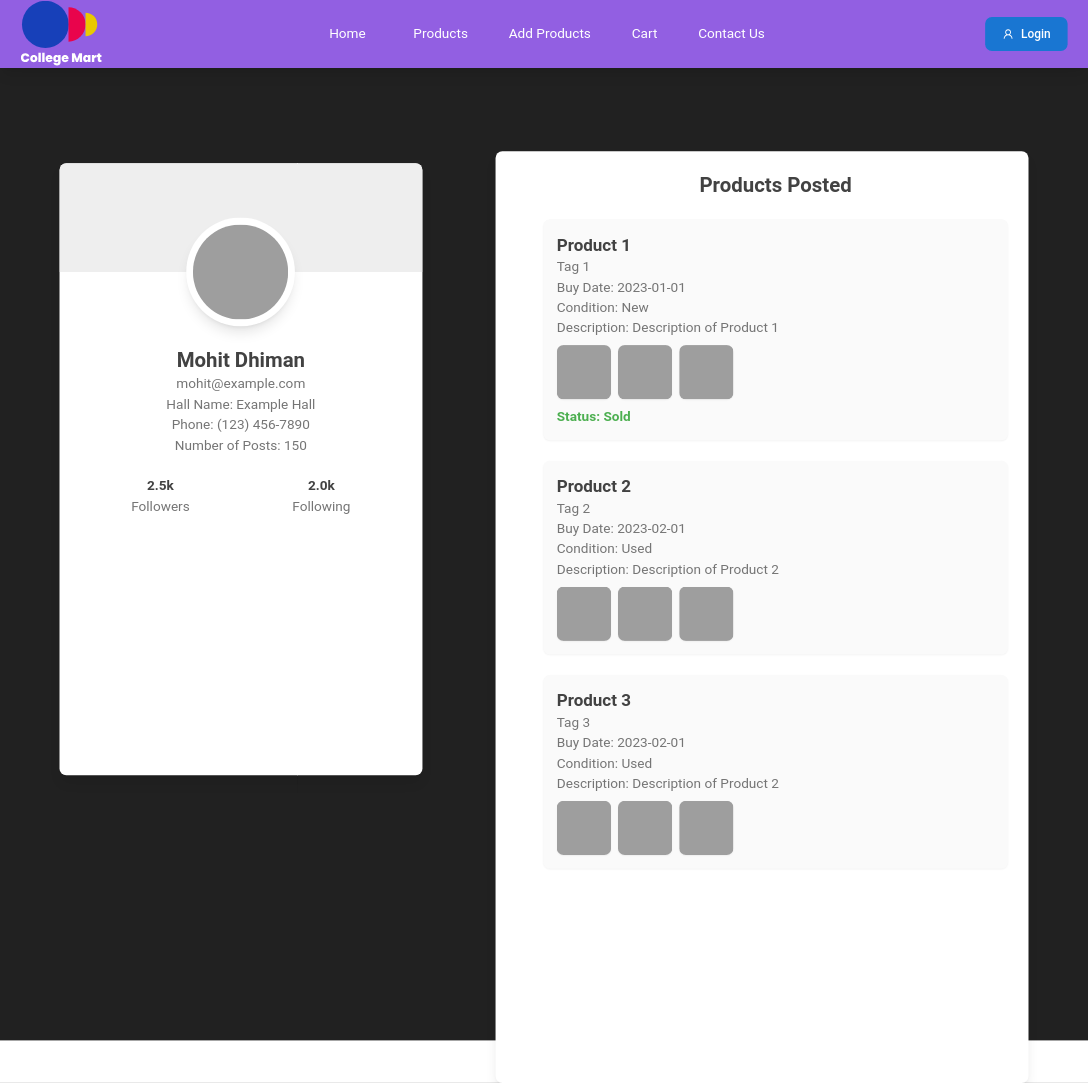
Repository: kumar1397/College-Mart
Page: /home/profile
The author's editor kept a copy of each file at every save. The page is drawn from the files as they stood at one save, then again after the next save.
The browser window is 1280 px wide. The pictures show the whole page, at 85% of full size.
Pictures or frames that could not be fetched are drawn as grey boxes. Some web fonts or font styles are not loaded; a fallback is used. Some web libraries are served in a nearby version. The project was rebuilt for these pictures with package versions that can differ from the ones it lists, and the page was loaded fresh each time. Also part of the build but not shown: src/components/forgetPassword/forgetpassword.jsx, src/components/Auth.js, src/components/hero/Heronavbar.jsx, src/components/hero/footer.jsx, src/components/hero/Carousel.jsx, src/components/hero/Hero.jsx, src/components/new-home-page/header.jsx, src/components/new-home-page/footer_cont.jsx and 12 more.

Above is the page before, as saved 2024-07-15 16:06:14.

After the next save:
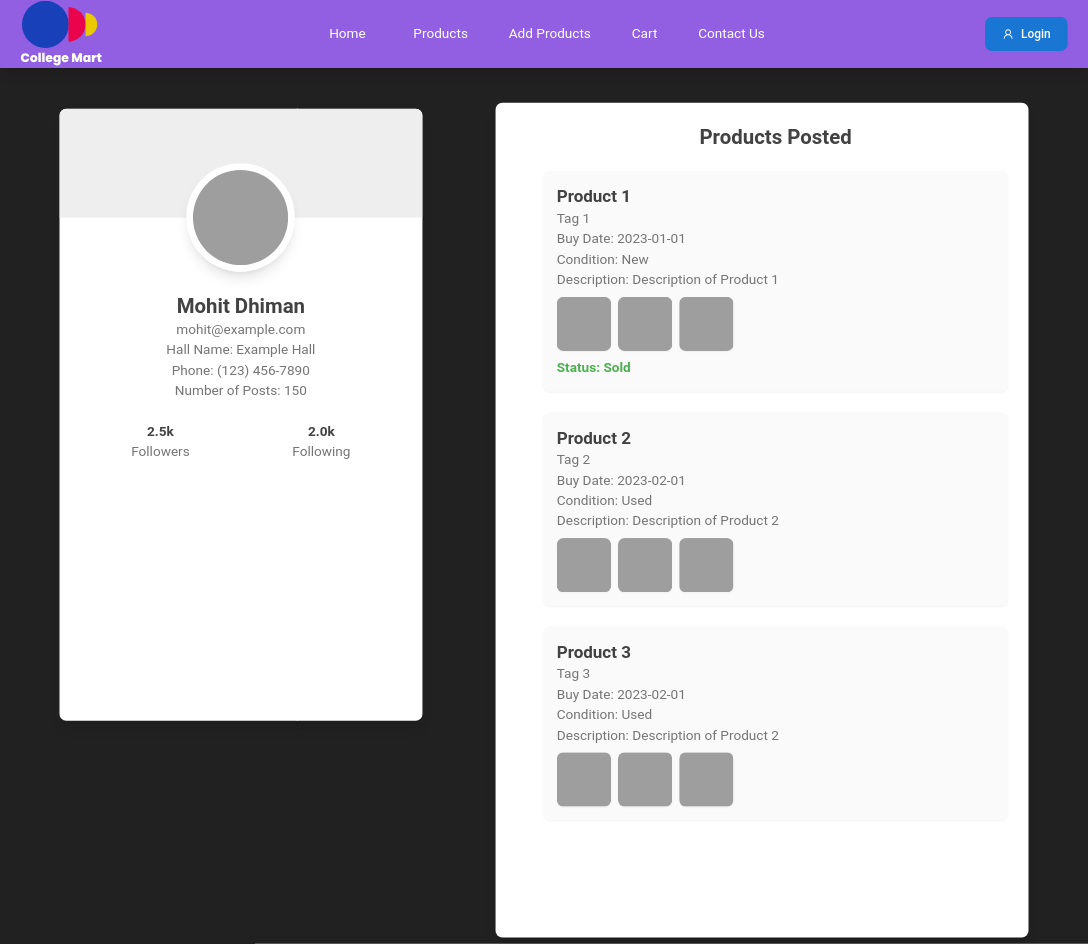
Saved 28 s later.
--- a/src/components/profile/profile.jsx
+++ b/src/components/profile/profile.jsx
@@ -39,7 +39,7 @@ export default function Profile() {
             <Navbar />
             <div className="bg-gray-900 min-h-screen flex">
                 <div className="container mx-auto my-16 flex">
-                    <div className="lg:w-1/3 bg-white rounded-lg shadow-lg overflow-hidden h-full fixed " style={{ marginRight: "65%", marginTop: "10%", marginBottom: "10%" }}>
+                    <div className="lg:w-1/3 bg-white rounded-lg shadow-lg overflow-hidden h-full fixed " style={{ marginRight: "65%", marginTop: "5%", marginBottom: "5%" }}>
                         <div className="h-32 bg-gray-200"></div>
                         <div className="flex justify-center -mt-16">
                             <img className="h-32 w-32 bg-white p-2 rounded-full shadow-lg" src="https://images.unsplash.com/photo-1535713875002-d1d0cf377fde?ixid=MnwxMjA3fDB8MHxwaG90by1wYWdlfHx8fGVufDB8fHx8&ixlib=rb-1.2.1&auto=format&fit=crop&w=2000&q=80" alt="Profile" />
@@ -63,7 +63,7 @@ export default function Profile() {
                         </div>
                     </div>
 
-                    <div className="lg:ml-1/3 w-full bg-white rounded-lg shadow-lg overflow-y-auto h-full pl-8" style={{ marginLeft: "45%" , marginTop: "10%", marginBottom: "10%"}}>
+                    <div className="lg:ml-1/3 w-full bg-white rounded-lg shadow-lg overflow-y-auto h-full pl-8" style={{ marginLeft: "45%" , marginTop: "5%", marginBottom: "5%"}}>
                         <div className="p-6">
                             <h2 className="text-2xl font-semibold text-gray-800 text-center">Products Posted</h2>
                             <div className="mt-6 space-y-6">
